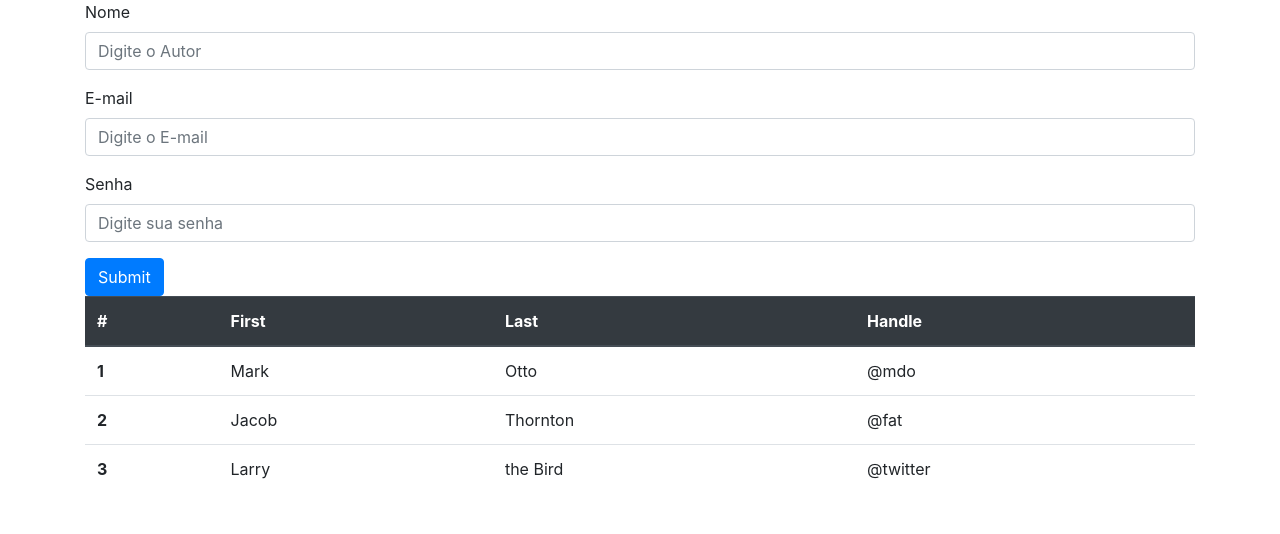
Repository: wellersonfc/simple-crud-react
Page: /
These files come from the project's save history. The page is drawn as it stood at one moment and after the next save; the edit follows.
The browser window is 1280 px wide. The pictures show the whole page.
The project was rebuilt for these pictures with package versions that can differ from the ones it lists, and the page was loaded fresh each time.

Above is the page before, as saved 2019-09-22 15:30:25.

### src/App.js
import React from 'react';
import logo from './logo.svg';
import 'bootstrap/dist/css/bootstrap.min.css';
function App() {
  return (
    <div className="App">
      <div className="container">
        <div className="form-autor">
          <form>
            <div class="form-group">
              <label for="exampleInputEmail1">Nome</label>
              <input id="nome" class="form-control" type="text" name="nome" value=""  placeholder="Digite o Autor"/>
            </div>
            <div class="form-group">
              <label for="exampleInputEmail1">E-mail</label>
              <input id="email" class="form-control" type="email" name="email" value=""  placeholder="Digite o E-mail"/>
            </div>
            <div class="form-group">
              <label for="senha">Senha</label>
              <input type="password" class="form-control" id="senha" placeholder="Digite sua senha"/>
            </div>
            <button type="submit" class="btn btn-primary">Submit</button>
        </form>
        </div>

        <div className="lista-autor">
          <table class="table">
            <thead class="thead-dark">
              <tr>
                <th scope="col">#</th>
                <th scope="col">First</th>
                <th scope="col">Last</th>
                <th scope="col">Handle</th>
              </tr>
            </thead>
            <tbody>
              <tr>
                <th scope="row">1</th>
                <td>Mark</td>
                <td>Otto</td>
                <td>@mdo</td>
              </tr>
              <tr>
                <th scope="row">2</th>
                <td>Jacob</td>
                <td>Thornton</td>
                <td>@fat</td>
              </tr>
              <tr>
                <th scope="row">3</th>
                <td>Larry</td>
                <td>the Bird</td>
                <td>@twitter</td>
              </tr>
            </tbody>
          </table>
        </div>
      </div>
    </div>
  );
}

export default App;

Loaded but not shown: public/index.html (common file); src/index.js (common file); src/index.css (common file); src/serviceWorker.js (common file)

After the next save:
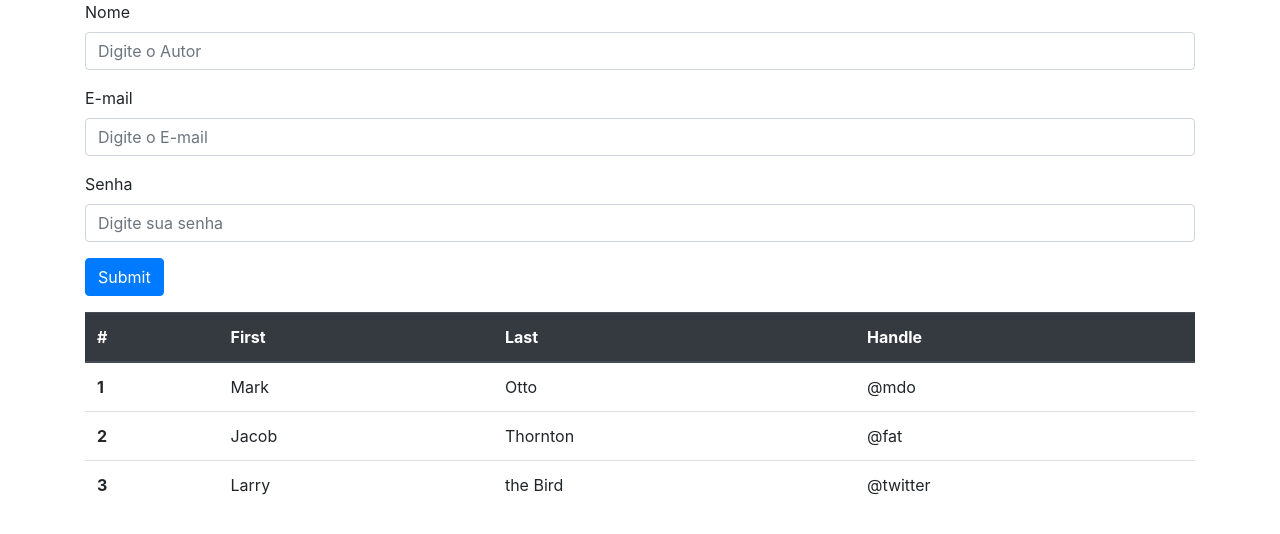
Saved 13 s later.
--- a/src/App.js
+++ b/src/App.js
@@ -23,7 +23,7 @@ function App() {
         </form>
         </div>
 
-        <div className="lista-autor">
+        <div className="lista-autor pt-3">
           <table class="table">
             <thead class="thead-dark">
               <tr>
